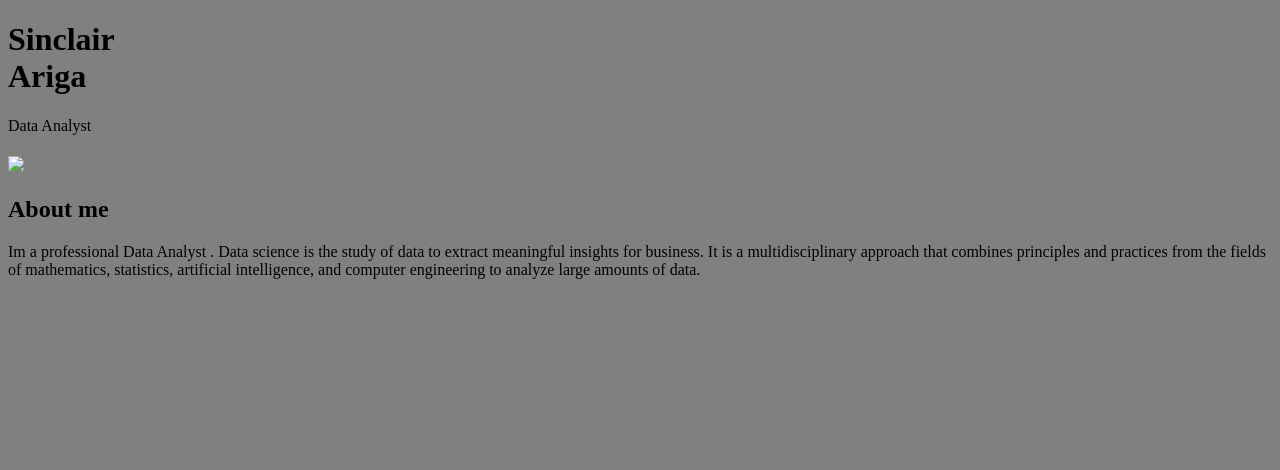
Repository: Sincriga/sincriga2
Page: index.html
These files come from the project's save history. The page is drawn as it stood at one moment and after the next save; the edit follows.
The browser window is 1280 px wide. The pictures show the whole page.

Above is the page before, as saved 2024-03-02 11:12:37.

After the next save:
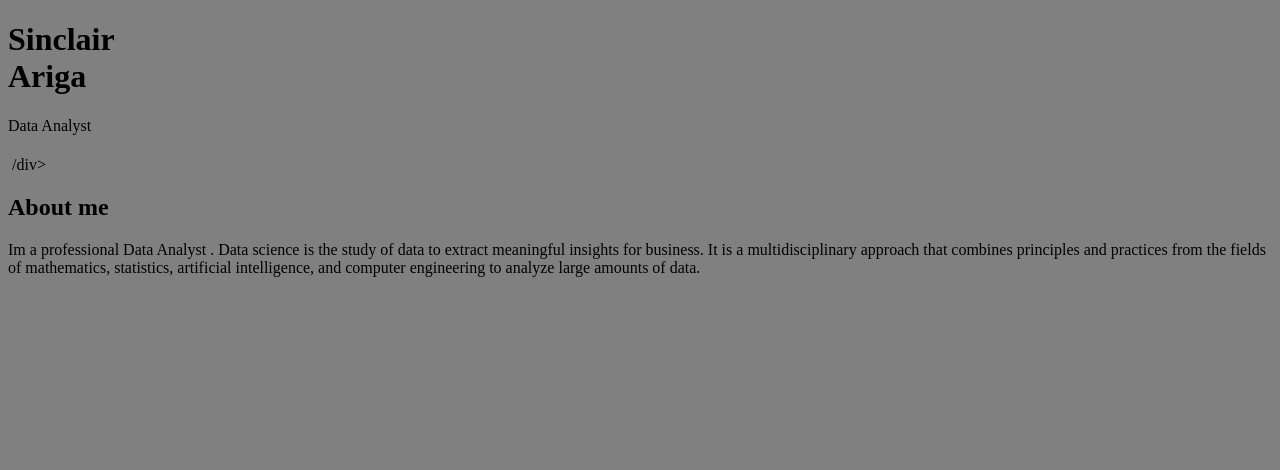
Not found: asset/download.jpeg
Saved 3 min 52 s later.
--- a/index.html
+++ b/index.html
@@ -16,10 +16,9 @@
         </div>
         <div class="sec1" id="picha">
             <h1></h1>
-            <img id="ch" src="./asset/download.Untitled.jpeg
-            /div>
+            <img src="asset/download.jpeg" alt=""> /div>
         </div>
-        <div id=" About me ">
+        <div id=" About me " id>
             <h2>About me</h2>
             Im a professional Data Analyst . Data science is the study of data to extract meaningful insights for business. It is a multidisciplinary approach that combines principles and practices from the fields of mathematics, statistics, artificial intelligence,
             and computer engineering to analyze large amounts of data.

After the save that followed:
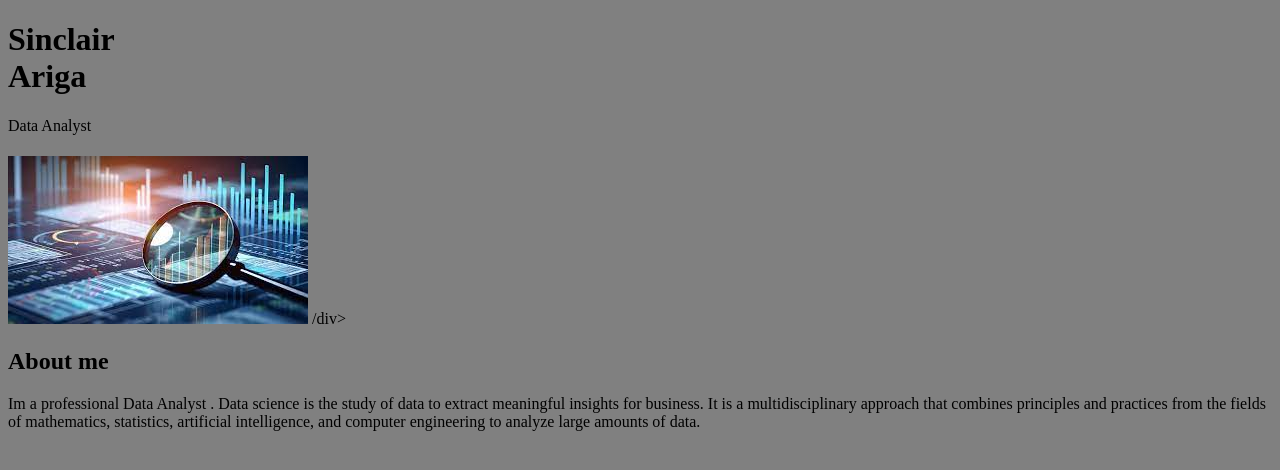
Saved 86 s later.
--- a/index.html
+++ b/index.html
@@ -16,7 +16,7 @@
         </div>
         <div class="sec1" id="picha">
             <h1></h1>
-            <img src="asset/download.jpeg" alt=""> /div>
+            <img src="asset/Untitled.jpeg" alt=""> /div>
         </div>
         <div id=" About me " id>
             <h2>About me</h2>
